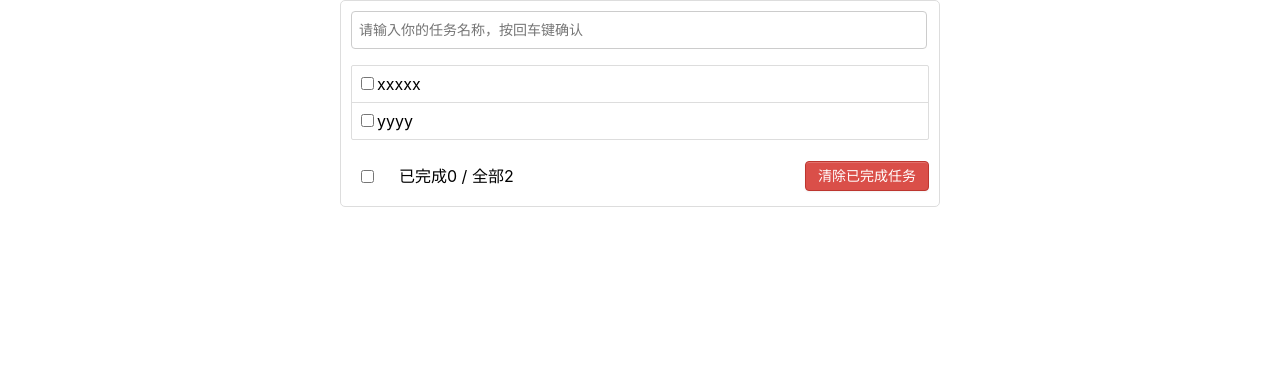
Repository: 0118Inory/react_bases
Page: /
The author's editor kept a copy of each file at every save. The page is drawn from the files as they stood at one save, then again after the next save.
The browser window is 1280 px wide. The pictures show the whole page.
The project was rebuilt for these pictures with package versions that can differ from the ones it lists, and the page was loaded fresh each time.

Above is the page before, as saved 2022-03-01 10:59:19.

### public/index.html
<!DOCTYPE html>
<html lang="en">
  <head>
    <meta charset="utf-8" />
    <!--%PUBLIC_URL% 代表public的路径 -->
    <link rel="icon" href="%PUBLIC_URL%/favicon.ico" />
    <!-- 开启理想视口，用于移动端网页的适配 -->
    <meta name="viewport" content="width=device-width, initial-scale=1" />
    <!-- 用于配置浏览器页签+地址栏的颜色（仅支持安卓手机浏览器） -->
    <meta name="theme-color" content="#000000" />
    <meta
      name="description"
      content="Web site created using create-react-app"
    />
    <!-- 用于指定网页添加到手机主屏幕后的图标 -->
    <link rel="apple-touch-icon" href="%PUBLIC_URL%/logo192.png" />
    <!-- 应用加壳时的配置文件   可以封装称app  手机移动版 -->

    <link rel="manifest" href="%PUBLIC_URL%/manifest.json" />

    <title>React App</title>
  </head>
  <body>
    <noscript>You need to enable JavaScript to run this app.</noscript>
    <div id="root"></div>

  </body>
</html>

### src/App.js
import React, { Component } from "react";
import "./App.css";
import Header from './components/Header'
import List from './components/List'
import Footer from './components/Footer'

export default class App extends Component {
  // 初始化状态
  state={todos:[
    {id:'001',name:'吃饭',done:'true'},
    {id:'002',name:'睡觉',done:'true'},
    {id:'003',name:'打代码',done:'false'},
  ]}
  render() {
    const {todos} =this.state
    return (
      <div>
        <div className="todo-container">
          <div className="todo-wrap">
           <Header/>
           <List todos={todos}/>
            <Footer/>
          </div>
        </div>
      </div>
    );
  }
}

### src/App.css
.App {
  text-align: center;
}

.App-logo {
  height: 40vmin;
  pointer-events: none;
}

@media (prefers-reduced-motion: no-preference) {
  .App-logo {
    animation: App-logo-spin infinite 20s linear;
  }
}

.App-header {
  background-color: #282c34;
  min-height: 100vh;
  display: flex;
  flex-direction: column;
  align-items: center;
  justify-content: center;
  font-size: calc(10px + 2vmin);
  color: white;
}

.App-link {
  color: #61dafb;
}

@keyframes App-logo-spin {
  from {
    transform: rotate(0deg);
  }
  to {
    transform: rotate(360deg);
  }
}
/*base*/
body {
  background: #fff;
}

.btn {
  display: inline-block;
  padding: 4px 12px;
  margin-bottom: 0;
  font-size: 14px;
  line-height: 20px;
  text-align: center;
  vertical-align: middle;
  cursor: pointer;
  box-shadow: inset 0 1px 0 rgba(255, 255, 255, 0.2), 0 1px 2px rgba(0, 0, 0, 0.05);
  border-radius: 4px;
}

.btn-danger {
  color: #fff;
  background-color: #da4f49;
  border: 1px solid #bd362f;
}

.btn-danger:hover {
  color: #fff;
  background-color: #bd362f;
}

.btn:focus {
  outline: none;
}

.todo-container {
  width: 600px;
  margin: 0 auto;
}
.todo-container .todo-wrap {
  padding: 10px;
  border: 1px solid #ddd;
  border-radius: 5px;
}

### src/components/Header/index.jsx
import React, { Component } from 'react'
import './index.css'

export default class Header extends Component {
  render() {
    return (
     <div className="todo-header">
      <input
        type="text"
        placeholder="请输入你的任务名称，按回车键确认"
      />
    </div>
    )
  }
}

### src/components/List/index.jsx
import React, { Component } from 'react'
import './index.css'
import Item from '../Item'

export default class List extends Component {
  render() {
    const {todos}=this.props
    return (
      <ul className="todo-main">
    <Item/>
    </ul>
    )
  }
}

### src/components/Footer/index.jsx
import React, { Component } from 'react'
import './index.css'

export default class Footer extends Component {
  render() {
    return (
        <div className="todo-footer">
        <label>
          <input type="checkbox" />
        </label>
        <span>
          <span>已完成0</span> / 全部2
        </span>
        <button className="btn btn-danger">清除已完成任务</button>
      </div>
    )
  }
}

### src/components/Item/index.jsx
import React, { Component } from 'react'
import './index.css'

export default class Item extends Component {
  render() {
    return (
      <div>  <li>
        <label>
          <input type="checkbox" />
          <span>xxxxx</span>
        </label>
        <button className="btn btn-danger" style={{ display: 'none' }}>
          删除
        </button>
      </li>
        <li>
          <label>
            <input type="checkbox" />
            <span>yyyy</span>
          </label>
          <button className="btn btn-danger" style={{ display: 'none' }}>
            删除
          </button>
        </li></div>
    )
  }
}

### src/components/Footer/index.css

/*footer*/
.todo-footer {
    height: 40px;
    line-height: 40px;
    padding-left: 6px;
    margin-top: 5px;
  }

  .todo-footer label {
    display: inline-block;
    margin-right: 20px;
    cursor: pointer;
  }

  .todo-footer label input {
    position: relative;
    top: -1px;
    vertical-align: middle;
    margin-right: 5px;
  }

  .todo-footer button {
    float: right;
    margin-top: 5px;
  }

### src/components/Item/index.css

/*item*/
li {
    list-style: none;
    height: 36px;
    line-height: 36px;
    padding: 0 5px;
    border-bottom: 1px solid #ddd;
  }

  li label {
    float: left;
    cursor: pointer;
  }

  li label li input {
    vertical-align: middle;
    margin-right: 6px;
    position: relative;
    top: -1px;
  }

  li button {
    float: right;
    display: none;
    margin-top: 3px;
  }

  li:before {
    content: initial;
  }

  li:last-child {
    border-bottom: none;
  }

Loaded but not shown: src/index.js (common file); src/index.css (common file); src/reportWebVitals.js (common file); src/components/Header/index.css (common file); src/components/List/index.css (common file)

After the next save:
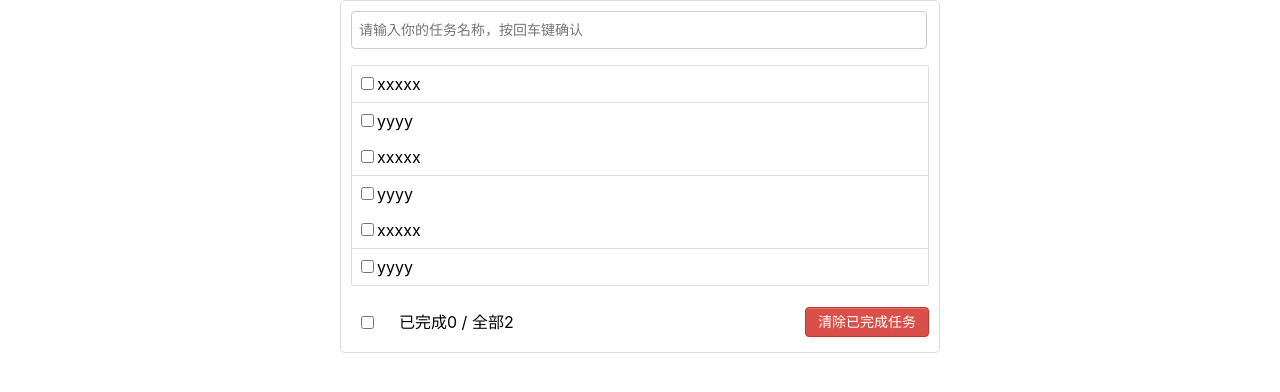
Saved 74 s later.
--- a/src/components/List/index.jsx
+++ b/src/components/List/index.jsx
@@ -7,7 +7,13 @@ export default class List extends Component {
     const {todos}=this.props
     return (
       <ul className="todo-main">
-    <Item/>
+        {
+          todos.map((todo)=>{
+            return (
+              <Item/>
+            )
+          })
+        }
     </ul>
     )
   }
